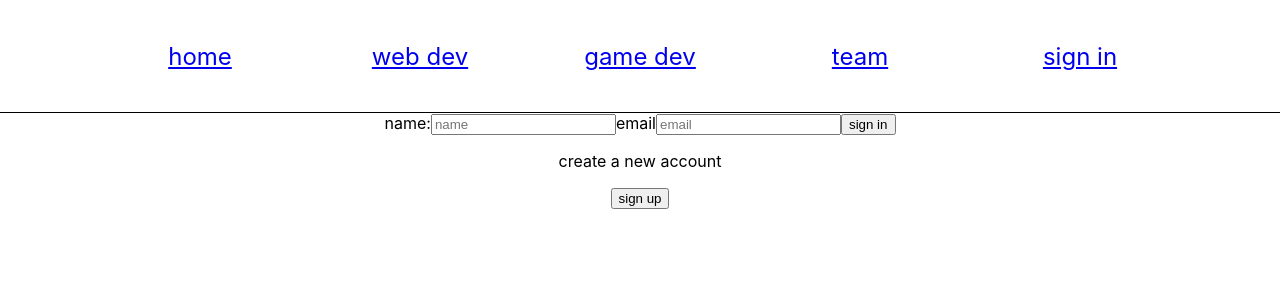
Repository: romAtam/5778
Page: /signin
These files come from the project's save history. The page is drawn as it stood at one moment and after the next save; the edit follows.
The browser window is 1280 px wide. The pictures show the whole page.
The project was rebuilt for these pictures with package versions that can differ from the ones it lists, and the page was loaded fresh each time. Also part of the build but not shown: src/Pages/Home.js, src/Pages/Game.js, src/Pages/Web.js, src/Pages/Team.js, src/Pages/User.js.

Above is the page before, as saved 2021-12-11 21:51:39.

### src/index.js
import React from 'react';
import ReactDOM from 'react-dom';
import './index.css';
import App from './App';

import {BrowserRouter as Router} from "react-router-dom"
ReactDOM.render(
  <React.StrictMode>
    <Router>
       <App />
    </Router>

  </React.StrictMode>,
  document.getElementById('root')
);

### src/App.js

import './App.css';
import Nav from './Nav'
import {Routes,Route,useParams} from "react-router-dom"
import Home from "./Pages/Home"
import Game from "./Pages/Game"
import Web from "./Pages/Web"
import Team from "./Pages/Team"
import Signin from "./Pages/Signin"
import User from "./Pages/User"
function App() {
  return (
    <div className="App">
<Nav/>
<Routes>
  <Route path="/" element={<Home/>}/>
  <Route path="/game" element={<Game/>}/>
  <Route path="/web" element={<Web/>}/>
  <Route path="/team" element={<Team/>}>
      <Route path=":id" element={<User/>}/>
  </Route>

  <Route path="/signin" element={<Signin/>}/>
</Routes>



    </div>
  );
}




export default App;

### src/Nav.js
import React from 'react'
import{Link} from "react-router-dom"
import styled from "styled-components"

const NavContainer=styled.div`
display: grid;
grid-gap:20px;
justify-content:center;
align-items:center;
height:80px;
font-size:1.5rem;
padding:1rem 2rem;
border-bottom: 1px solid #000;
grid-template-columns: repeat(5,minmax(100px,200px));
@media (max-width: 768px){
    grid-template-columns: 1fr;
    height:100vh;
    max-height:800px ;
}

`
const Nav = () => {



    return (
        <NavContainer>
               <Link to="/">home</Link>
               <Link to="/web">web dev</Link>
               <Link to="/game">game dev</Link>
               <Link to="/team">team</Link>
               <Link to="/signin">sign in</Link>
        </NavContainer>
    )
}

export default Nav

### src/Pages/Signin.js
import React from 'react'
import {Navigate} from "react-router-dom"
const Signin = () => {
    return (
        <div>
            <form action="">
                <label htmlFor="name">name:</label>
                 <input type="text" placeholder="name"/>
                 <label htmlFor="email">email</label>
 <input type="email" placeholder="email"/>
 <button type="submit">sign in</button>

            </form>
 <p>create a new account</p>
 <button onClick={<Navigate/>}>sign up</button>
        </div>
    )
}

export default Signin

Loaded but not shown: public/index.html (common file); src/index.css (common file); src/App.css (common file)

After the next save:
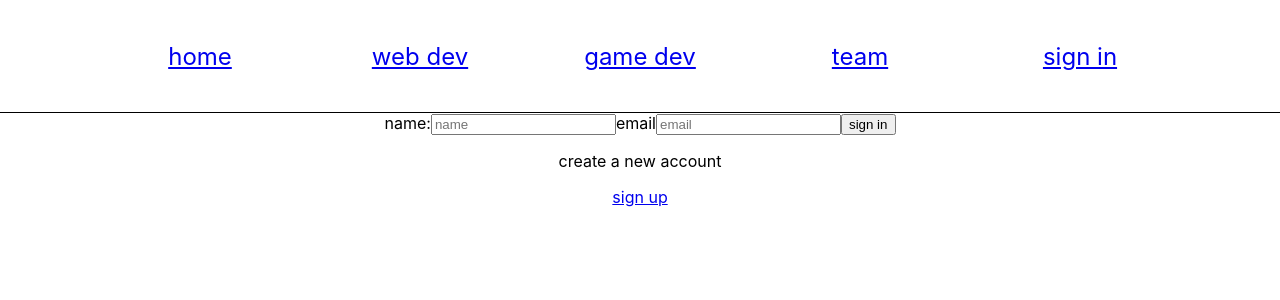
Saved 106 s later.
--- a/src/Pages/Signin.js
+++ b/src/Pages/Signin.js
@@ -1,5 +1,5 @@
 import React from 'react'
-import {Navigate} from "react-router-dom"
+import {Link} from "react-router-dom"
 const Signin = () => {
     return (
         <div>
@@ -12,7 +12,7 @@ const Signin = () => {
 
             </form>
  <p>create a new account</p>
- <button onClick={<Navigate/>}>sign up</button>
+ <Link>sign up</Link>
         </div>
     )
 }
